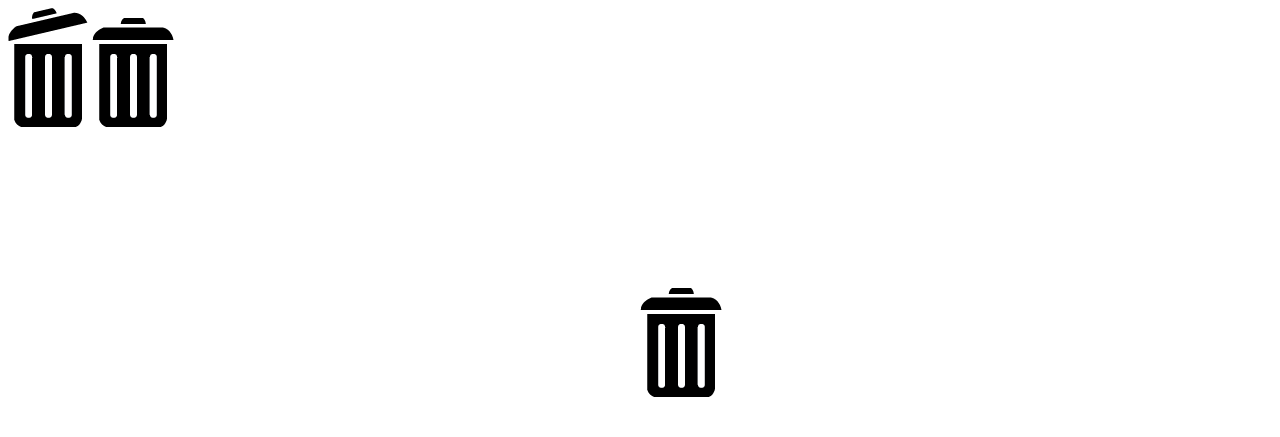
Repository: raghu225/raghu225.github.io
Page: space/index.html
The author's editor kept a record of every edit. The page is drawn from the files as they stood at one moment, then again after the next edit.
The browser window is 1280 px wide. The pictures show the whole page.

Above is the page before.

After the next edit:
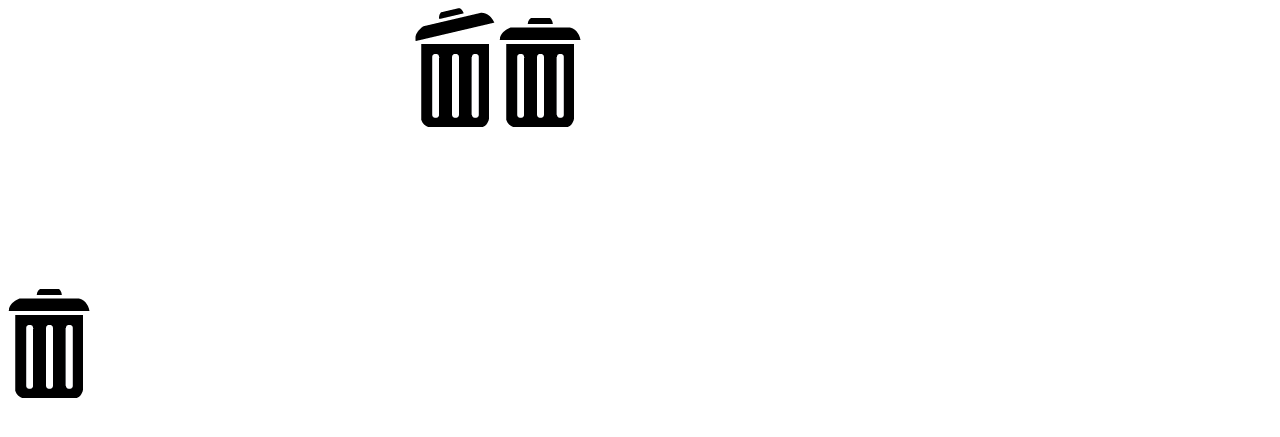
The edit:
--- a/space/assets/css/style.css
+++ b/space/assets/css/style.css
@@ -1,6 +1,19 @@
-.bin {
-      position: fixed;
-      top: 40%;
-      left: 50%;
-      #bin: hover {{
+#bin {
+  position:relative;
+  height:281px;
+  width:450px;
+  margin:0 auto;
 }
+
+#cf img {
+  position:absolute;
+  left:0;
+  -webkit-transition: opacity 1s ease-in-out;
+  -moz-transition: opacity 1s ease-in-out;
+  -o-transition: opacity 1s ease-in-out;
+  transition: opacity 1s ease-in-out;
+}
+
+#cf img.top:hover {
+  opacity:0;
+}
